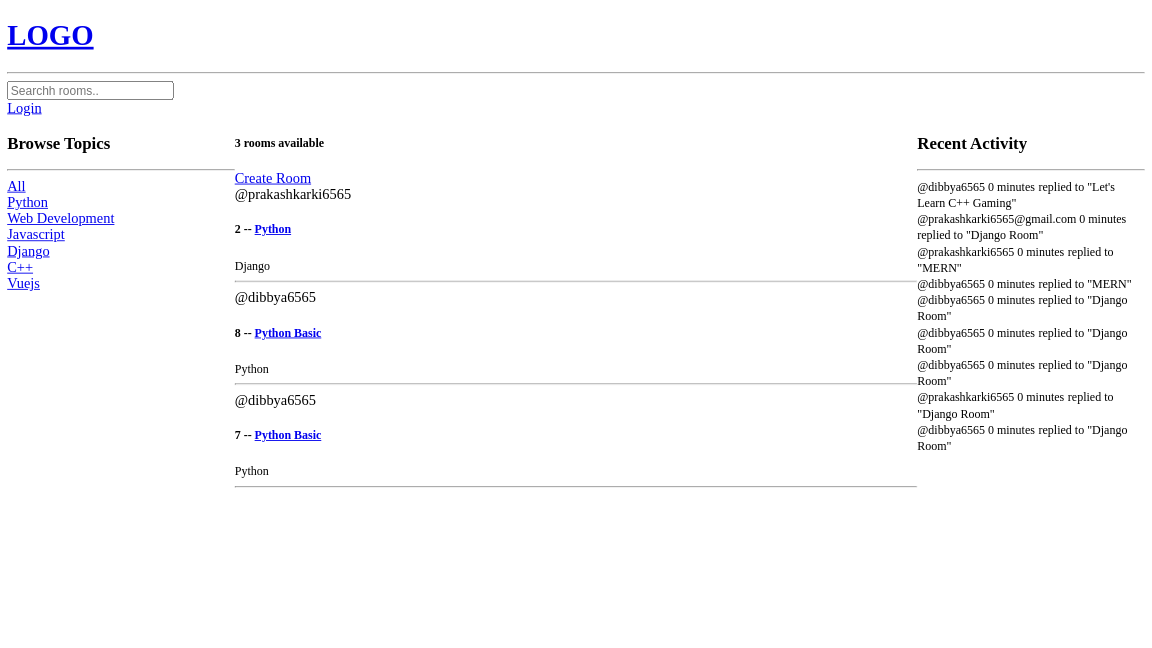
Repository: Dibbya65/Django-Basic
Page: http://localhost/?q=Python
These files come from the project's save history. The page is drawn as it stood at one moment and after the next save; the edit follows.
The browser window is 1280 px wide. The pictures show the whole page, at 90% of full size.
The page is served by the project's application, run on Django 3.2 (manage.py). The page reads the database file committed with the project.

Above is the page before, as saved 2021-11-17 23:33:54.

After the next save:
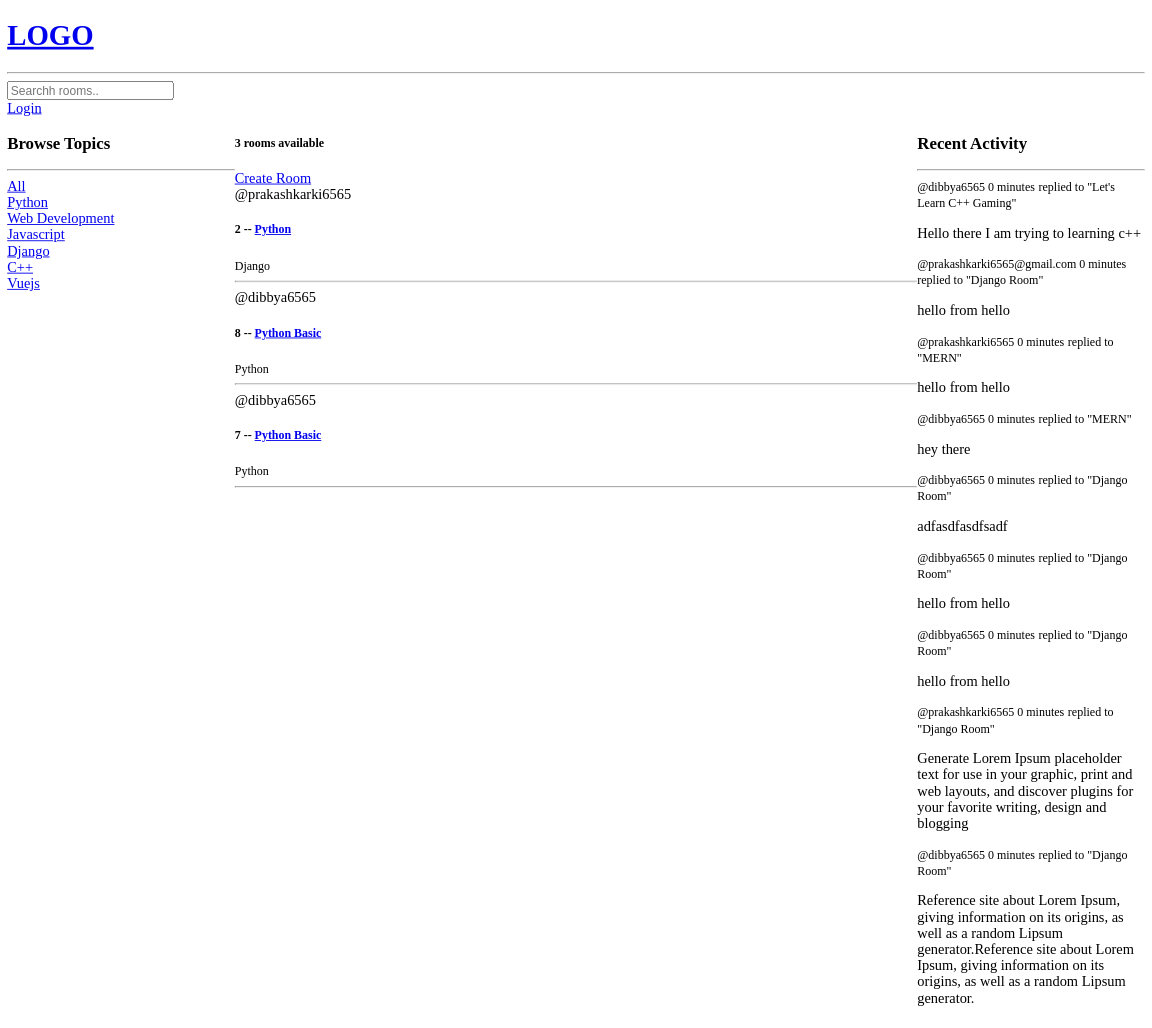
Saved 24 s later.
--- a/base/templates/base/home.html
+++ b/base/templates/base/home.html
@@ -48,6 +48,7 @@
       <div>
         <small>@{{message.user}} {{message.created_at|timesince}}</small>
         <small>replied to "{{message.room}}"</small>
+        <p>{{message.body}}</p>
       </div>
     {% endfor %}
   </div>
